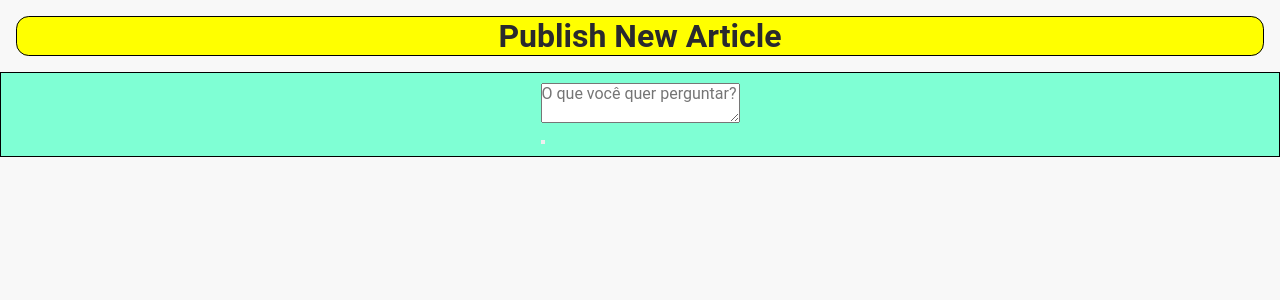
Repository: batmit/publish_articles
Page: /publish
The author's editor kept a copy of each file at every save. The page is drawn from the files as they stood at one save, then again after the next save.
The browser window is 1280 px wide. The pictures show the whole page.
The project was rebuilt for these pictures with package versions that can differ from the ones it lists, and the page was loaded fresh each time. Also part of the build but not shown: src/pages/article.tsx, src/pages/articles.tsx, src/styles/Home.scss, src/pages/Home.tsx.

Above is the page before, as saved 2021-06-29 11:37:32.

After the next save:
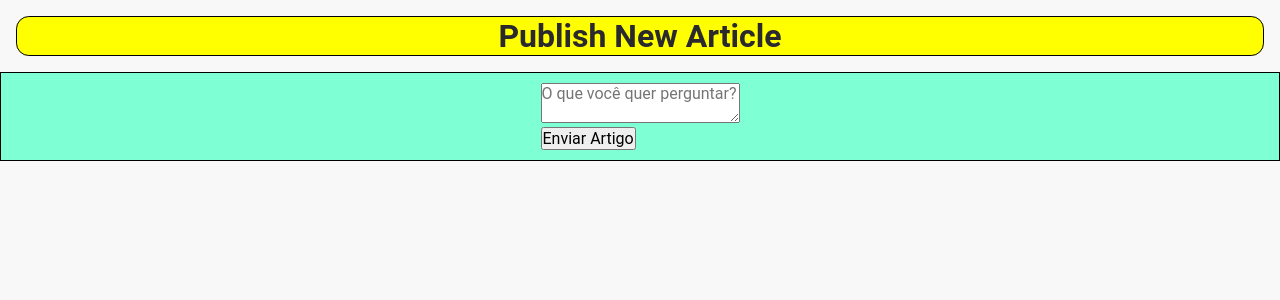
Saved 16 s later.
--- a/src/pages/publish_articles.tsx
+++ b/src/pages/publish_articles.tsx
@@ -16,7 +16,7 @@ export function publish_articles() {
                         <div className="form-footer">
 
 
-                            <button type='submit'></button>
+                            <button type='submit'>Enviar Artigo</button>
                         </div>
 
                 </form>
